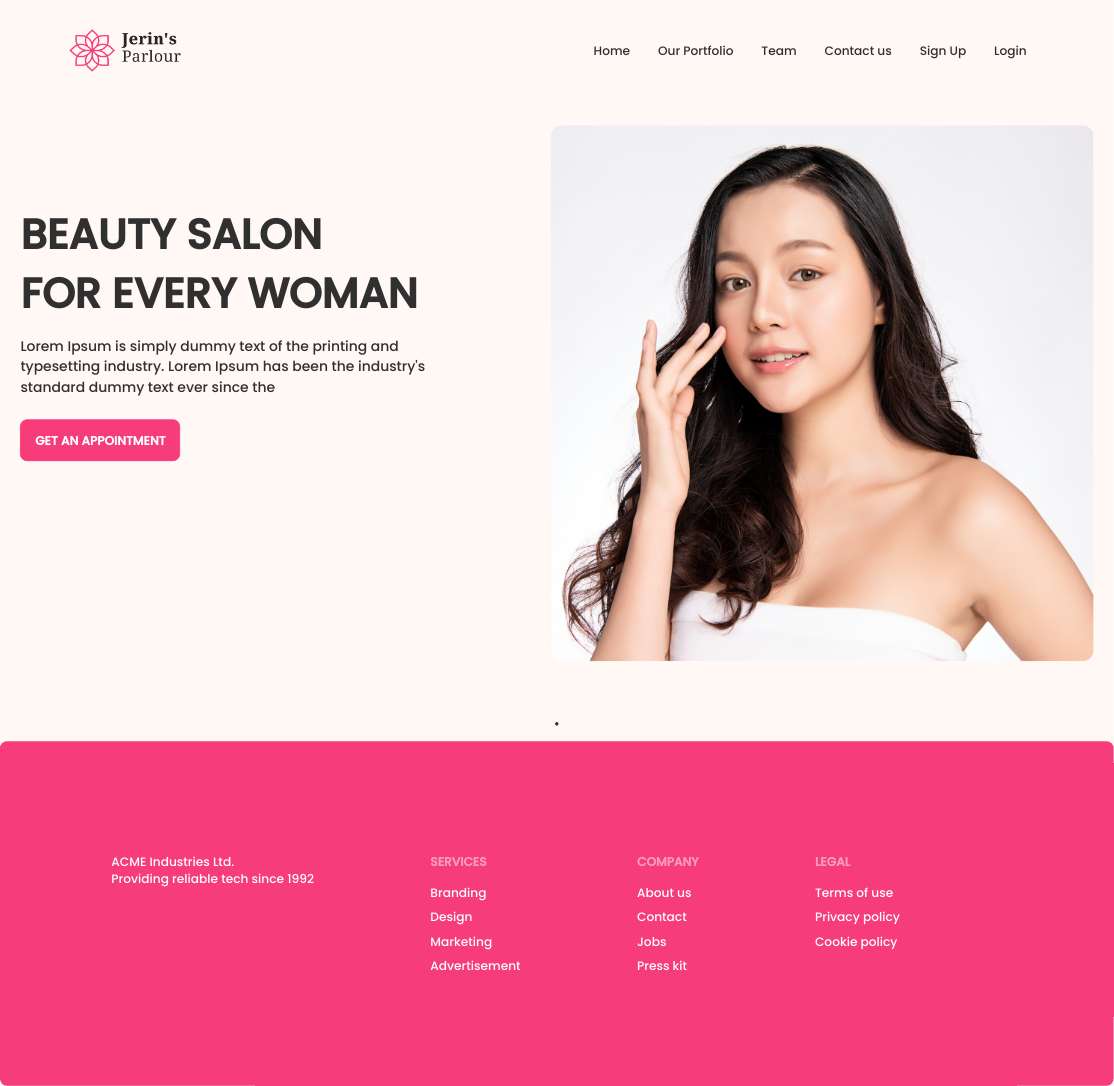
Repository: Wahid137/jerins-parlour-client
Page: /
An editor plug-in stored every save of this project. The page is shown before and after the next save, followed by the edit.
The browser window is 1280 px wide. The pictures show the whole page, at 87% of full size.
The page's requests for data from a server got no answer. The project was rebuilt for these pictures with package versions that can differ from the ones it lists, and the page was loaded fresh each time. No one was signed in, and anything a server would have sent is missing. Also part of the build but not shown: src/App.css, src/Pages/Home/Services/ServicesCard.js.

Above is the page before, as saved 2023-07-16 03:43:41.

### public/index.html
<!DOCTYPE html>
<html lang="en">
  <head>
    <meta charset="utf-8" />
    <link rel="icon" href="%PUBLIC_URL%/favicon.ico" />
    <meta name="viewport" content="width=device-width, initial-scale=1" />
    <meta name="theme-color" content="#000000" />
    <meta
      name="description"
      content="Web site created using create-react-app"
    />
    <link rel="preconnect" href="https://fonts.googleapis.com">
    <link rel="preconnect" href="https://fonts.gstatic.com" crossorigin>
    <link href="https://fonts.googleapis.com/css2?family=Poppins:wght@500&display=swap" rel="stylesheet">
    <link rel="apple-touch-icon" href="%PUBLIC_URL%/logo192.png" />
    <!--
      manifest.json provides metadata used when your web app is installed on a
      user's mobile device or desktop. See https://developers.google.com/web/fundamentals/web-app-manifest/
    -->
    <link rel="manifest" href="%PUBLIC_URL%/manifest.json" />
    <!--
      Notice the use of %PUBLIC_URL% in the tags above.
      It will be replaced with the URL of the `public` folder during the build.
      Only files inside the `public` folder can be referenced from the HTML.

      Unlike "/favicon.ico" or "favicon.ico", "%PUBLIC_URL%/favicon.ico" will
      work correctly both with client-side routing and a non-root public URL.
      Learn how to configure a non-root public URL by running `npm run build`.
    -->
    <title>React App</title>
  </head>
  <body>
    <noscript>You need to enable JavaScript to run this app.</noscript>
    <div id="root"></div>
    <!--
      This HTML file is a template.
      If you open it directly in the browser, you will see an empty page.

      You can add webfonts, meta tags, or analytics to this file.
      The build step will place the bundled scripts into the <body> tag.

      To begin the development, run `npm start` or `yarn start`.
      To create a production bundle, use `npm run build` or `yarn build`.
    -->
  </body>
</html>

### src/index.js
import React from 'react';
import ReactDOM from 'react-dom/client';
import './index.css';
import App from './App';
import reportWebVitals from './reportWebVitals';
import { QueryClient, QueryClientProvider } from '@tanstack/react-query'


// Create a client
const queryClient = new QueryClient()

const root = ReactDOM.createRoot(document.getElementById('root'));
root.render(
  <React.StrictMode>
    <QueryClientProvider client={queryClient}>
      <App />
    </QueryClientProvider>
  </React.StrictMode>
);

// If you want to start measuring performance in your app, pass a function
// to log results (for example: reportWebVitals(console.log))
// or send to an analytics endpoint. Learn more: https://bit.ly/CRA-vitals
reportWebVitals();

### src/index.css
@tailwind base;
@tailwind components;
@tailwind utilities;

body {
  background-color: #FFF8F5;
  margin: 0;
  font-family: -apple-system, BlinkMacSystemFont, 'Segoe UI', 'Roboto', 'Oxygen',
    'Ubuntu', 'Cantarell', 'Fira Sans', 'Droid Sans', 'Helvetica Neue',
    sans-serif;
    font-family: 'Poppins', sans-serif;
  -webkit-font-smoothing: antialiased;
  -moz-osx-font-smoothing: grayscale;
}

code {
  font-family: source-code-pro, Menlo, Monaco, Consolas, 'Courier New',
    monospace;
}

### src/App.js
import logo from './logo.svg';
import './App.css';
import { RouterProvider } from 'react-router-dom';
import router from './Routes/Routes/Routes';
import { Toaster } from 'react-hot-toast';

function App() {
  return (
    <div className="max-w-[1440px] mx-auto">
      <RouterProvider router={router}></RouterProvider>
      <Toaster></Toaster>
    </div>
  );
}

export default App;

### src/Routes/Routes/Routes.js
const { createBrowserRouter } = require("react-router-dom");
const { default: Main } = require("../../Layout/Main");
const { default: Home } = require("../../Pages/Home/Home/Home");

const router = createBrowserRouter([
    {
        path: '/',
        element: <Main></Main>,
        children: [
            {
                path: '/',
                element: <Home></Home>
            }
        ]
    }
])
export default router;

### src/Layout/Main.js
import React from 'react';
import Navbar from '../Shared/Navbar/Navbar';
import { Outlet } from 'react-router-dom';
import Footer from '../Shared/Footer/Footer';

const Main = () => {
    return (
        <div>
            <Navbar></Navbar>
            <Outlet></Outlet>
            <Footer></Footer>
        </div>
    );
};

export default Main;

### src/Shared/Navbar/Navbar.js
import React from 'react';
import logo from '../../assets/logo.png';
import { Link } from 'react-router-dom';

const Navbar = () => {
    const menuItem = <>
        <li><Link to="/">Home</Link></li>
        <li><Link to="/portfolio">Our Portfolio</Link></li>
        <li><Link to="/team">Team</Link></li>
        <li><Link to="/dashboard">Contact us</Link></li>
        <li><Link to="/signup">Sign Up</Link></li>
        <li><Link to="/login">Login</Link></li>

    </>
    return (
        <div className="navbar flex justify-between px-20 pt-8">
            <div className="navbar-start">
                <div className="dropdown">
                    <label tabIndex={0} className="btn btn-ghost lg:hidden">
                        <svg xmlns="http://www.w3.org/2000/svg" className="h-5 w-5" fill="none" viewBox="0 0 24 24" stroke="currentColor"><path strokeLinecap="round" strokeLinejoin="round" strokeWidth="2" d="M4 6h16M4 12h8m-8 6h16" /></svg>
                    </label>
                    <ul tabIndex={1} className="menu menu-sm dropdown-content mt-3 z-[1] p-2 shadow bg-base-100 rounded-box w-52">
                        {menuItem}
                    </ul>
                </div>
                <Link to="/" className="w-32">
                    <img src={logo} alt="" />
                </Link>
            </div>
            <div className="navbar-center hidden lg:flex">
                <ul className="menu menu-horizontal px-1">
                    {menuItem}
                </ul>
            </div>
            <label htmlFor="dashboard-drawer" tabIndex={2} className="btn btn-ghost lg:hidden">
                <svg xmlns="http://www.w3.org/2000/svg" className="h-5 w-5" fill="none" viewBox="0 0 24 24" stroke="currentColor"><path strokeLinecap="round" strokeLinejoin="round" strokeWidth="2" d="M4 6h16M4 12h8m-8 6h16" /></svg>
            </label>

        </div>
    );
};

export default Navbar;

### src/Shared/Footer/Footer.js
import React from 'react';


const Footer = () => {
    return (
        <footer className="footer p-32 bg-primary text-white rounded-lg">
            <div>
                <p>ACME Industries Ltd.<br />Providing reliable tech since 1992</p>
            </div>
            <div>
                <span className="footer-title text-white">Services</span>
                <a href="/" className="link link-hover">Branding</a>
                <a href="/" className="link link-hover">Design</a>
                <a href="/" className="link link-hover">Marketing</a>
                <a href="/" className="link link-hover">Advertisement</a>
            </div>
            <div>
                <span className="footer-title">Company</span>
                <a href="/" className="link link-hover">About us</a>
                <a href="/" className="link link-hover">Contact</a>
                <a href="/" className="link link-hover">Jobs</a>
                <a href="/" className="link link-hover">Press kit</a>
            </div>
            <div>
                <span className="footer-title">Legal</span>
                <a href="/" className="link link-hover">Terms of use</a>
                <a href="/" className="link link-hover">Privacy policy</a>
                <a href="/" className="link link-hover">Cookie policy</a>
            </div>
        </footer>
    );
};

export default Footer;

### src/Pages/Home/Banner/Banner.js
import React from 'react';
import woman from '../../../assets/images/woman.png';
import PrimaryButton from '../../../Components/PrimaryButton/PrimaryButton';

const Banner = () => {
    return (
        <div className="hero" >
            <div className="hero-content flex-col lg:flex-row-reverse min-h-screen">

                <img src={woman} className="rounded-lg lg:w-1/2" alt="" />

                <div className='lg:me-32 lg:-mt-32'>
                    <h1 className="text-5xl font-bold mt-0 mb-5">BEAUTY SALON</h1>
                    <h1 className="text-5xl font-bold">FOR EVERY WOMAN</h1>
                    <p className="py-6">Lorem Ipsum is simply dummy text of the printing and <br /> typesetting industry. Lorem Ipsum has been the industry's <br /> standard dummy text ever since the</p>
                    <PrimaryButton>Get an Appointment</PrimaryButton>
                </div>
            </div>
        </div>
    );
};

export default Banner;

### src/Pages/Home/Services/Services.js
import { useQuery } from '@tanstack/react-query';
import React from 'react';
import Loading from '../../../Shared/Loading/Loading';


import ServicesCard from './ServicesCard';
import PrimaryButton from '../../../Components/PrimaryButton/PrimaryButton';



const Services = () => {
    const { data: services = [], isLoading } = useQuery({
        queryKey: ['services'],
        queryFn: () => fetch('http://localhost:5000/services')
            .then(res => res.json())
    })


    if (isLoading) {
        return <Loading></Loading>;
    }

    return (
        <div className='p-0 my-5'>
            <div className='mx-auto mb-4 py-10 text-center w-1/2'>
                <p className='text-2xl font-bold'>Our Awesome <span className='text-primary'>Services</span></p>
            </div>
            <div className='grid gap-1 grid-cols-1 md:grid-cols-2 lg:grid-cols-3'>
                {
                    services.map(service => <ServicesCard
                        key={service._id}
                        service={service}
                    ></ServicesCard>)
                }
            </div>
            <div className='text-center mt-10'>
                <PrimaryButton >Explore More</PrimaryButton>
            </div>

        </div >
    );
};

export default Services;

### src/Components/PrimaryButton/PrimaryButton.js
import React from 'react';

const PrimaryButton = ({ children }) => {
    return (
        <button className="btn btn-primary text-white">{children}</button>
    );
};

export default PrimaryButton;

### src/Shared/Loading/Loading.js
import React from 'react';

const Loading = () => {
    return (
        <div className="flex items-center justify-center">
            <span className="loading loading-ring loading-lg"></span>
        </div>
    );
};

export default Loading;

### tailwind.config.js
/** @type {import('tailwindcss').Config} */
module.exports = {
  content: [
    "./src/**/*.{js,jsx,ts,tsx}",
  ],
  daisyui: {
    themes: [
      {
        parlourTheme: {
          primary: '#F63E7B',
          secondary: '#FFF8F5',
          accent: '##F4F7FC',
          neutral: '#3D4451',
          "base-100": '#FFFFFF',
        }
      }
    ]
  },
  theme: {
    extend: {},
  },
  plugins: [require("daisyui")],
}

Loaded but not shown: src/reportWebVitals.js (common file); src/Pages/Home/Home/Home.js (common file)

After the next save:
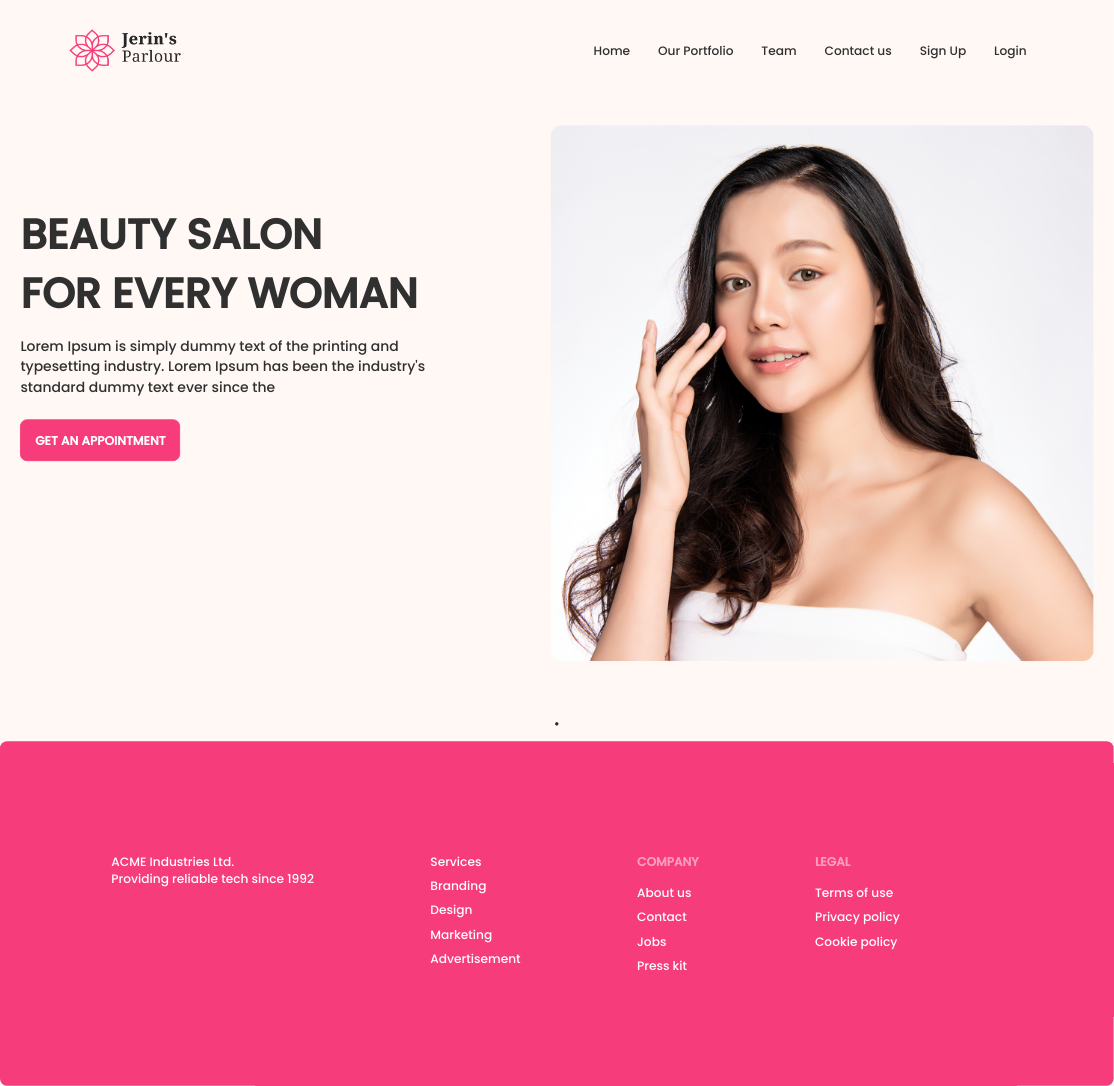
Saved 29 s later.
--- a/src/Shared/Footer/Footer.js
+++ b/src/Shared/Footer/Footer.js
@@ -8,7 +8,7 @@ const Footer = () => {
                 <p>ACME Industries Ltd.<br />Providing reliable tech since 1992</p>
             </div>
             <div>
-                <span className="footer-title text-white">Services</span>
+                <span className=" text-white">Services</span>
                 <a href="/" className="link link-hover">Branding</a>
                 <a href="/" className="link link-hover">Design</a>
                 <a href="/" className="link link-hover">Marketing</a>
